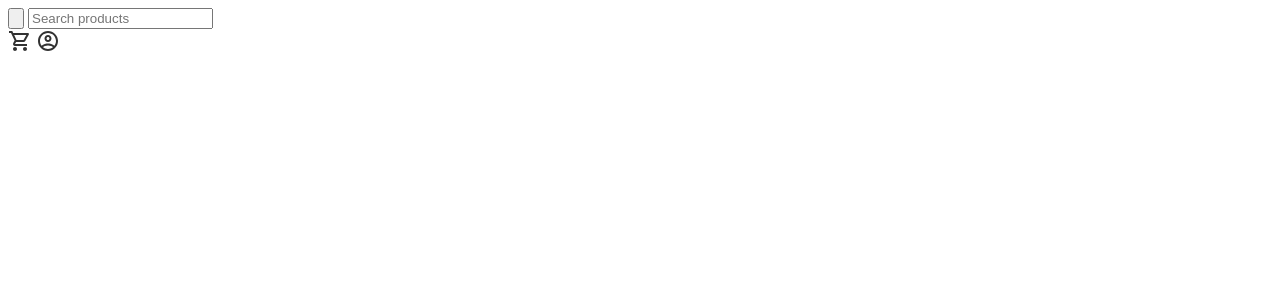
Repository: Kirillishko/homeworks
Page: src/index.html
An editor plug-in stored every save of this project. The page is shown before and after the next save, followed by the edit.
The browser window is 1280 px wide. The pictures show the whole page.

Above is the page before, as saved 2023-12-29 23:18:18.

After the next save:
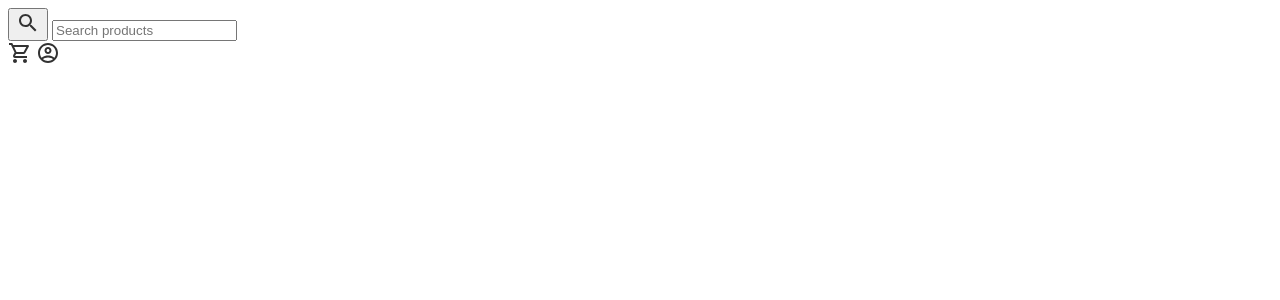
Saved 55 s later.
--- a/src/index.html
+++ b/src/index.html
@@ -9,7 +9,7 @@
 		<header class="header">
 			<div class="search-form">
 				<button>
-					<svg viewBox="0 0 24 24">
+					<svg width="24px" height="24px" viewBox="0 0 24 24">
 						<g clip-path="url(#clip0_2903_338)">
 							<path
 								d="M15.5 14H14.71L14.43 13.73C15.41 12.59 16 11.11 16 9.5C16 5.91 13.09 3 9.5 3C5.91 3 3 5.91 3 9.5C3 13.09 5.91 16 9.5 16C11.11 16 12.59 15.41 13.73 14.43L14 14.71V15.5L19 20.49L20.49 19L15.5 14ZM9.5 14C7.01 14 5 11.99 5 9.5C5 7.01 7.01 5 9.5 5C11.99 5 14 7.01 14 9.5C14 11.99 11.99 14 9.5 14Z"
